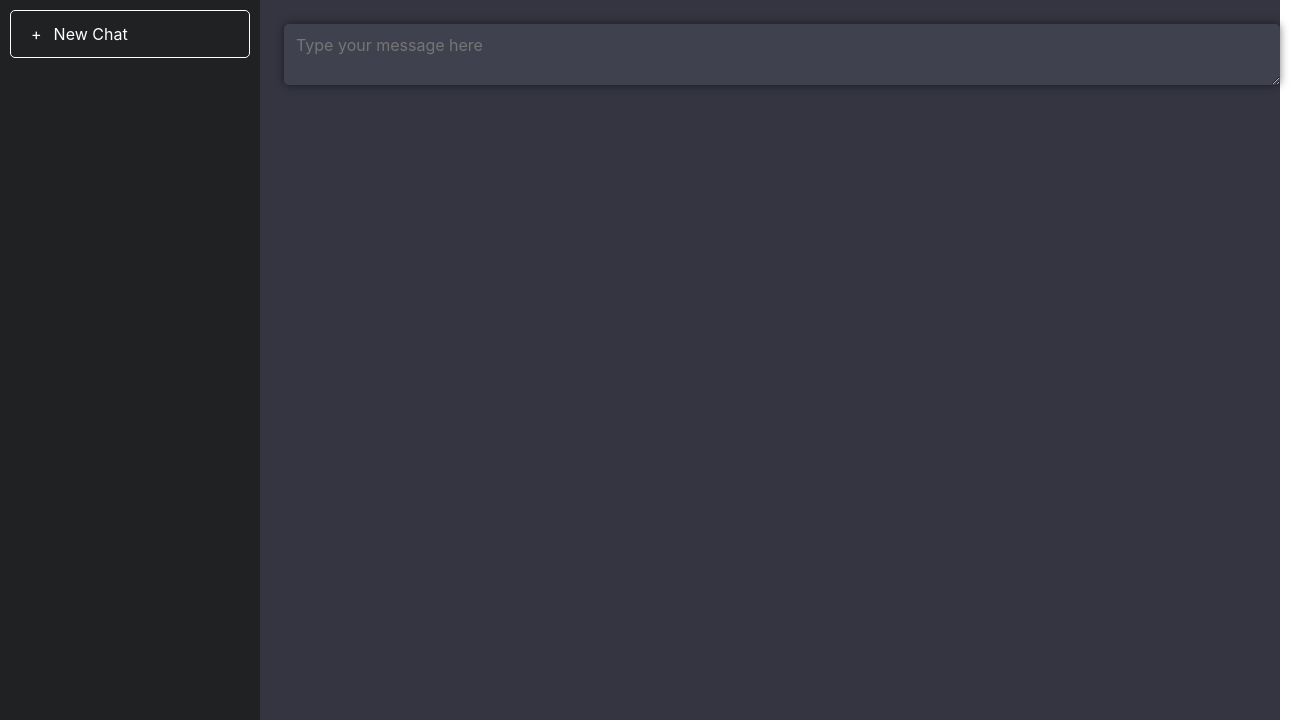
Repository: lancenigel/ChatGPT-Clone
Page: / (app in client/)
These files come from the project's save history. The page is drawn as it stood at one moment and after the next save; the edit follows.
The browser window is 1280 px wide. The page is 1292 px wide, so the pictures cover 1292 px, including what lies to the right of the window. The pictures show the whole page.
The project was rebuilt for these pictures with package versions that can differ from the ones it lists, and the page was loaded fresh each time.

Above is the page before, as saved 2024-02-04 00:30:12.

### client/src/App.js
import logo from "./logo.svg";
import "./App.css";
import "./normalize.css";

function App() {
  return (
    <div className="App">
      <aside className="sidemenu">
        <div className="sidemenu-button">
          <span className="sidemenu-button-span">+</span>
          New Chat
        </div>
      </aside>
      <section className="chatbox">
        <div className="chat-input-holder">
          <textarea
            className="chat-input-textarea"
            placeholder="Type your message here"
          ></textarea>
        </div>
      </section>
    </div>
  );
}

export default App;

### client/src/App.css
.App {
  text-align: center;
  display: flex;
  background-color: #282c34;
  color: white;
  position: absolute;
  top:0;bottom:0;right:0;left:0;
}

.chatbox {
  flex: 1;
  background-color: #343541;
}

.chat-input-holder {
  padding: 12px;

}

.chat-input-textarea{
  background-color: #40414f;
  width: 100%;
  border-radius: 5px;
  padding: 12px;
  color:white;
  border: none;
  margin: 12px;
  outline: none;
  box-shadow: 0 0px 8px 0 rgb(0,0,0, 0.5);
}

.sidemenu {
  width: 260px;
  padding: 10px;
  background-color: #202123;
}

.sidemenu-button {
  border: 1px solid white;
  padding: 14px;
  border-radius: 5px;
  text-align: left;
  transition: ease 0.2s all;
}

.sidemenu-button:hover {
  background-color: rgb(255, 255, 255, 0.1);
}

.sidemenu-button-span{
  padding-left: 6px;
  padding-right: 12px;
}

.App-logo {
  height: 40vmin;
  pointer-events: none;
}

@media (prefers-reduced-motion: no-preference) {
  .App-logo {
    animation: App-logo-spin infinite 20s linear;
  }
}

.App-header {
  background-color: #282c34;
  min-height: 100vh;
  display: flex;
  flex-direction: column;
  align-items: center;
  justify-content: center;
  font-size: calc(10px + 2vmin);
  color: white;
}

.App-link {
  color: #61dafb;
}


@keyframes App-logo-spin {
  from {
    transform: rotate(0deg);
  }
  to {
    transform: rotate(360deg);
  }
}

Loaded but not shown: client/public/index.html (common file); client/src/index.js (common file); client/src/index.css (common file); client/src/reportWebVitals.js (common file); client/src/normalize.css (library)

After the next save:
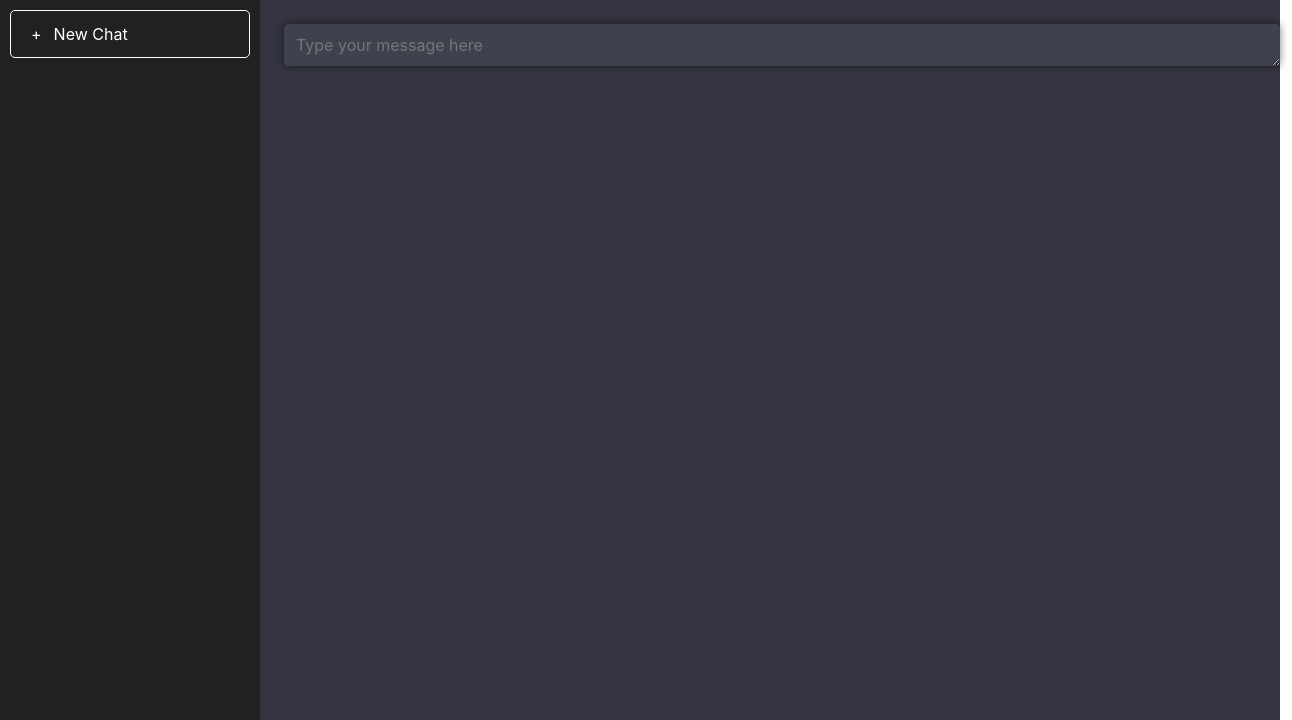
Saved 17 s later.
--- a/client/src/App.js
+++ b/client/src/App.js
@@ -14,6 +14,7 @@
       <section className="chatbox">
         <div className="chat-input-holder">
           <textarea
+            rows="1"
             className="chat-input-textarea"
             placeholder="Type your message here"
           ></textarea>
